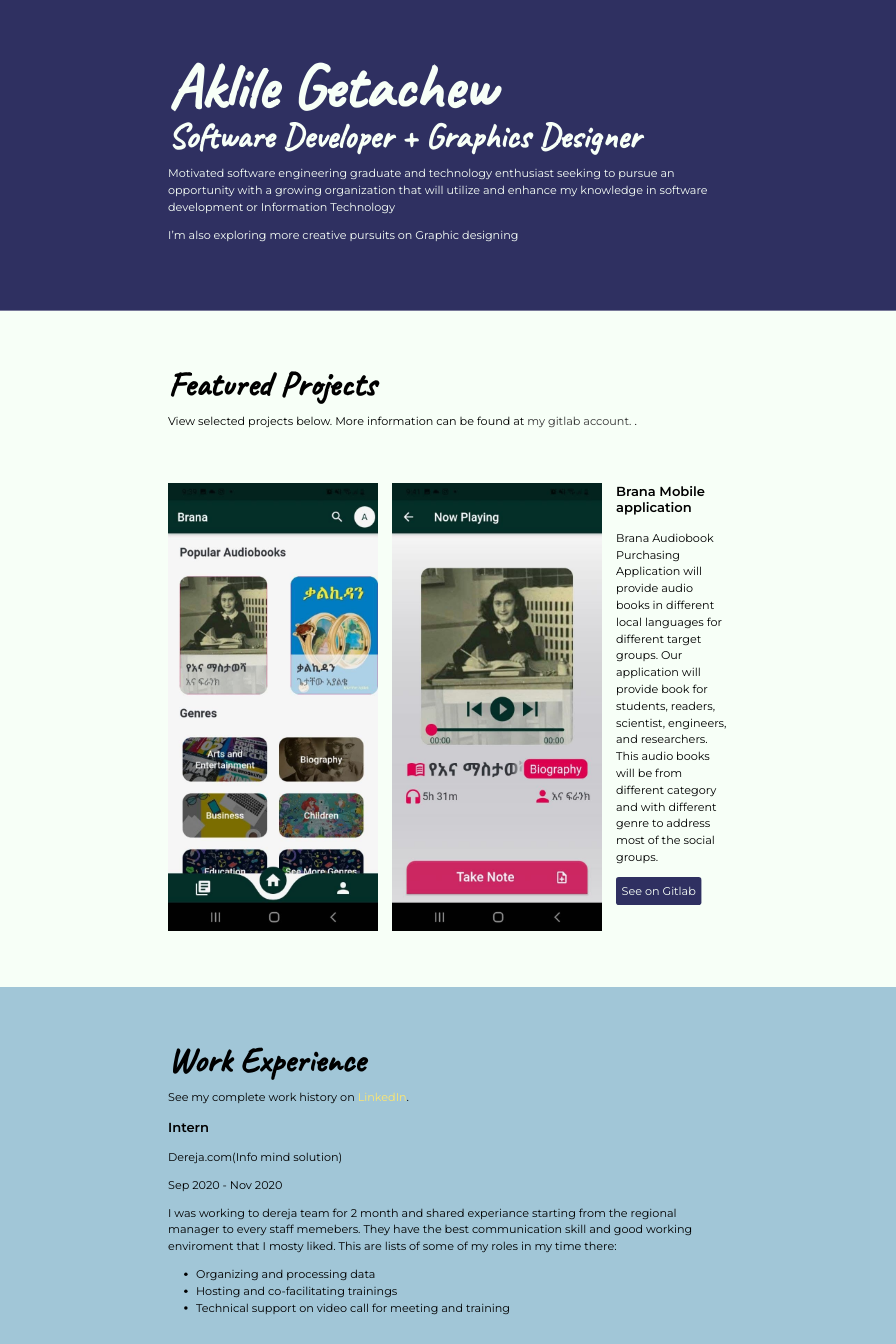
Repository: Aklilegetachew/my-Portfolio
Page: index.html
An editor plug-in stored every save of this project. The page is shown before and after the next save, followed by the edit.
The browser window is 1280 px wide. The pictures show the part of the page from y = 0 to 1920 px (the page is 3389 px tall), at 70% of full size.

Above is the page before, as saved 2021-11-23 19:58:42.

### index.html
<!DOCTYPE html>
<html lang="en">
  <head>
    <meta charset="UTF-8">
    <meta name="viewport" content="width=device-width, initial-scale=1.0">
    <title>Aklile Getachew, Software Engineer</title>
     <link href="https://fonts.googleapis.com/css?family=Caveat|Montserrat:400,600&display=swap" rel="stylesheet">
    <link rel="stylesheet" href="css/styles.css">
  </head>
  <body>
    <main>
      <!-- ***********************  ABOUT / PROFILE  *********************** -->
      <header>
        <div class="content-wrap">
          <h1>Aklile Getachew</h1>
          <h2>Software Developer + Graphics Designer</h2>

          <p>Motivated software engineering graduate and technology enthusiast seeking
            to pursue an opportunity with a growing organization that will utilize and
            enhance my knowledge in software development or Information Technology</p>
          <p>I’m also exploring more creative pursuits on Graphic designing </p>
        </div>
      </header>

      <!-- ********************  PROJECTS / PORTFOLIO  ********************* -->
      <section class="projects">
        <div class="content-wrap divider">
          <h2>Featured Projects</h2>
          <p>View selected projects below. More information can be found at <a href="http://christinatruong.com">my gitlab account. </a>.</p>

          <!-- Project 1 -->
          <section class="project-item">
            <div class="image-stack">
              <img src="images/brana-home.jpg" alt="brana-home-page"></div>
              <div class="image-stack-front"><img src="images/brana-play.jpg" alt="brana-play-page">
            </div>
            <h3>Brana Mobile application</h3>
            <p>Brana Audiobook Purchasing Application will provide audio books in different local languages
              for different target groups. Our application will provide book for students, readers, scientist,
              engineers, and researchers. This audio books will be from different category and with different
              genre to address most of the social groups.</p>
            <a class="btn" href="https://gitlab.com/bisrathailu793/brana/-/tree/master" target="_blank">See on Gitlab </a>
          </section>

          <!-- Project 2
          <section class="project-item">
            <img src="images/project-women-tech.jpg" alt="website thumbnail">
            <h3>Women&&Tech</h3>
            <p>Women&&Tech was launched in 2012 to feature interviews with different women working in the tech industry. I became familiar with them when I was invited to be one of the interviewees! A few years later, I joined the team and helped with the relaunch of the site as the front-end architect.</p>
            <a class="btn" href="http://christinatruong.com/projects/women-and-tech-redesign.html" target="_blank">View the case study</a>
          </section>

           Project 3
          <section class="project-item">
            <img src="images/project-wire-ipsum.jpg" alt="website thumbnail">
            <h3>The Wire Ipsum</h3>
            <p>After coming back from teaching a JavaScript workshop, I felt inspired to create something just for fun. I realized that of all the content/lorem ipsum generators available, there was nothing for HBO’s The Wire fans. I searched for <a href="http://thewireipsum.com" target="_blank">thewireipsum.com</a> domain and it was available! Generate some content for your projects today.</p>
            <a class="btn" href="http://thewireipsum.com" target="_blank">View live site</a>
          </section>-->
        </div>
      </section>

      <!-- ***********************  WORK EXPERIENCE  *********************** -->
      <section class="work-experience">
        <div class="content-wrap divider">
          <h2>Work Experience</h2>
          <p>See my complete work history on <a href="https://www.linkedin.com/in/aklile-getachew-673050181/">LinkedIn</a>.</p>

          <!-- Job 1 -->
          <section class="job-item">
            <div class="job-details">
              <h3>Intern</h3>
              <p>Dereja.com(Info mind solution) </p>
              <p>Sep 2020 - Nov 2020</p>
            </div>
            <div class="job-summary">
              <p>I was working to dereja team for 2 month and  shared experiance starting from the regional manager to every staff memebers. They have the best communication skill and good working enviroment that I mosty liked. This are lists of some of my roles in my time there:</p>
              <ul>
                <li>Organizing and processing data</li>
                <li>Hosting and co-facilitating trainings</li>
                <li>Technical support on video call for meeting and training</li>
              </ul>
            </div>
          </section>
        </div>
      </section>

      <!-- ******************  EDUCATION & CERTIFICATIONS ****************** -->
      <section class="education item-details">
        <div class="content-wrap">
          <h2>Education</h2>

          <section>
            <h3>BACHELOR OF SCIENCE, SOFTWARE ENGINEERING</h3>
            <p>Addis Ababa Science and Technology University, 2021</p>
            <p>4 year full-time program covering all the software development lifecycle.</p>
          </section>

          <section>
            <h3>Elementery to Secondary School</h3>
            <p>Super Holy Saviour, 2000-2018</p>
            <p>Addis Ababa, Ethiopia </p>
          </section>
        </div>
      </section>

      <!-- ******************  E X T R A C U R R I C U L A R A C T I V I T Y ****************** -->
      <section class="extracurricular">
        <div class="content-wrap">
          <h2>Extracurricular activity</h2>

          <section>
            <h3>Marketing and Communication</h3>
            <p>AIESEC | Mar 2020
              <ul>
                <li>Content creation</li>
                <li>Social media management</li>
                <li>Graphics design</li>
                <li>Creating synergy between portfolios</li>
              </ul>
            </p>

          </section>
          <section>
            <h3>Dereja Academy Accerlrator program</h3>
            <p>Dereja.com | Oct 2020
              <ul>
                <li>Soft skill Training</li>
                <li>Hard skill Training</li>
                <li>Graphics design</li>
                <li>Basic Information Technology skill training</li>
              </ul>
            </p>

          </section>
        </div>
      </section>

      <!-- *****************  CONTACT INFO / SOCIAL MEDIA  ***************** -->
      <footer>
        <div class="content-wrap">
          <h2>Let's Keep in Touch!</h2>

          <!-- Social media and contact links. Add or remove any networks. -->
          <ul class="contact-list">
            <li><a href="aklilegetachew@gmail.com">aklilegetachew@gmail.com</a></li>
            <li><a href="https://www.linkedin.com/in/aklile-getachew-673050181/" target="_blank">LinkedIn Account</a></li>
            <li><a href="https://t.me/AKG47" target="_blank">Telegram</a></li>
          </ul>
        </div>
      </footer>
    </main>
  </body>
</html>

### css/styles.css
/*
COLOR PALETTE
https://coolors.co/f7fff7-343434-2f3061-ffe66d-a1c6d7
#F7FFF7 - almost white
#343434 - dark gray - almost black
#2F3061 - blue dark
#FFE66D - yellow
#A1C6D7 - blue light
#D05353 - indian red
*/

/* global
======================================================*/
img{
    width: 300px;
    height: 640px;
}
a{
    color: #FFE66D ;
    text-decoration: none;
}
body{
    margin: 0;
    padding: 0;
    font-family: 'Montserrat', sans-serif;
    line-height: 1.5em;
}
h1{
    font-size: 90px;
    margin: 0;

}
h2{
    margin: 0;
    font-size: 50px;
}
h1, h2 {
    font-family: 'Caveat', cursive;
    line-height: 1em;
}
.content-wrap{
    width: 800px;
    margin: 0 auto;
    padding: 80px 0;
}

/* Heading
======================================================*/
header{
    background-color: #2F3061 ;
    color: #F7FFF7;
}



/* projects
======================================================*/

.projects{
    background-color: #F7FFF7 ;

}

.project-item{
    clear: both;
    margin-top: 60px;
    display: inline-block;
}
.project-item h3{
    margin-top: 0;
}

.project-item img{
    float: left;
    margin-right: 20px;
    width: 300px;
    height: 640px;
}

.image-stack-back{
    position: relative;

    z-index: 100;
}

.image-stack-front{
    position: static;
    bottom: 20px;
    left: 20px;
    z-index: 200;
}


.projects a{
    color: #343434 ;

}
.projects .btn{
    color: #F7FFF7;
    background-color: #2F3061;
    text-decoration: none;
    padding: 8px;
    border-radius: 4px;
    display: inline-block;
}

/* Work experiance
=======================================================*/
.work-experience{
    background-color: #A1C6D7;

}


/* extracurricular
=======================================================*/
.extracurricular{
    background-color: #D05353;
    color: #F7FFF7;

}

/* footer
=======================================================*/
footer{
    background-color: #343434 ;
    color: #F7FFF7;
}

After the next save:
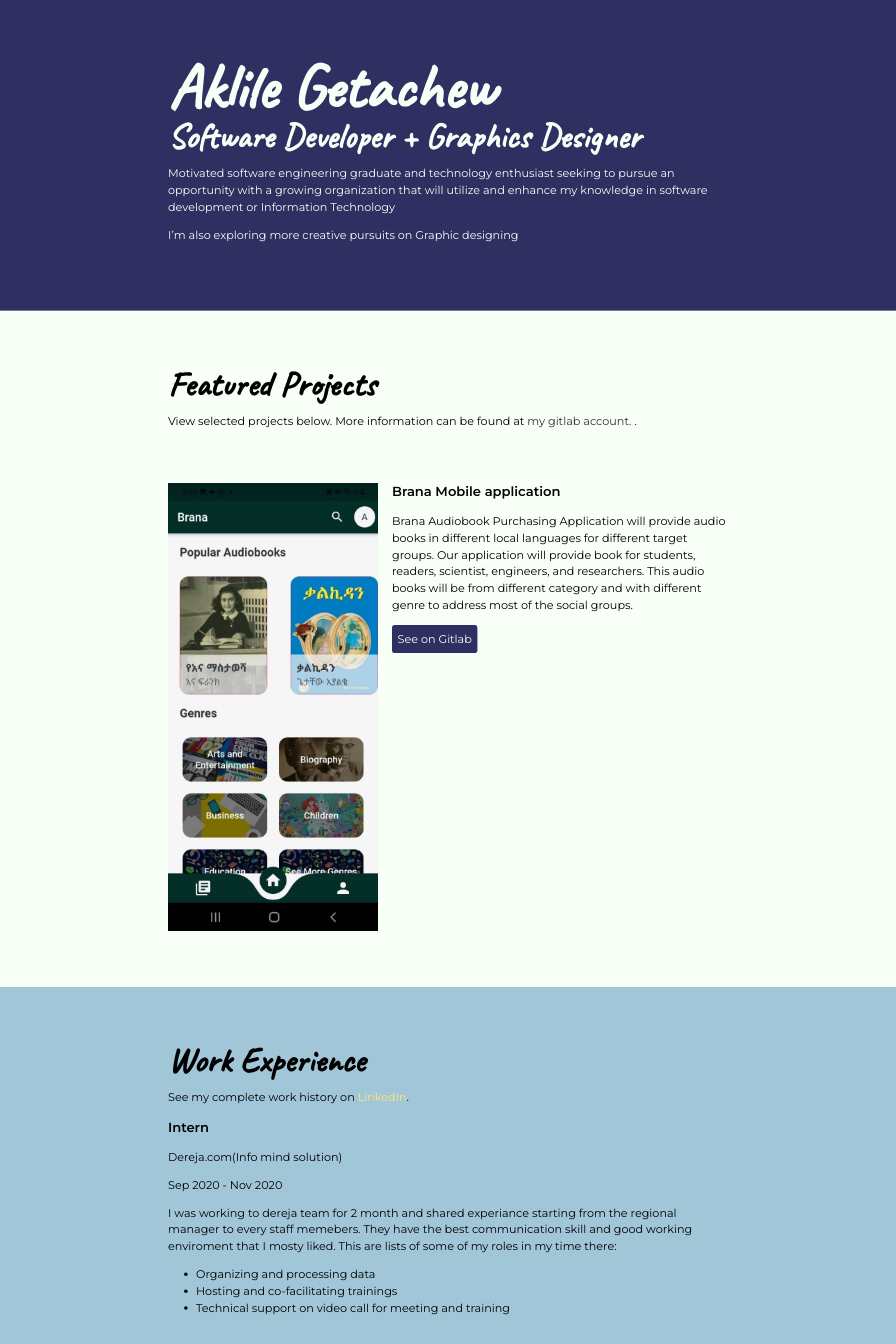
Saved 72 s later.
--- a/index.html
+++ b/index.html
@@ -30,10 +30,9 @@
 
           <!-- Project 1 -->
           <section class="project-item">
-            <div class="image-stack">
-              <img src="images/brana-home.jpg" alt="brana-home-page"></div>
-              <div class="image-stack-front"><img src="images/brana-play.jpg" alt="brana-play-page">
-            </div>
+              <img src="images/brana-home.jpg" alt="brana-home-page">
+              <!-- <div class="image-stack-front"><img src="images/brana-play.jpg" alt="brana-play-page">
+            </div> -->
             <h3>Brana Mobile application</h3>
             <p>Brana Audiobook Purchasing Application will provide audio books in different local languages
               for different target groups. Our application will provide book for students, readers, scientist,
